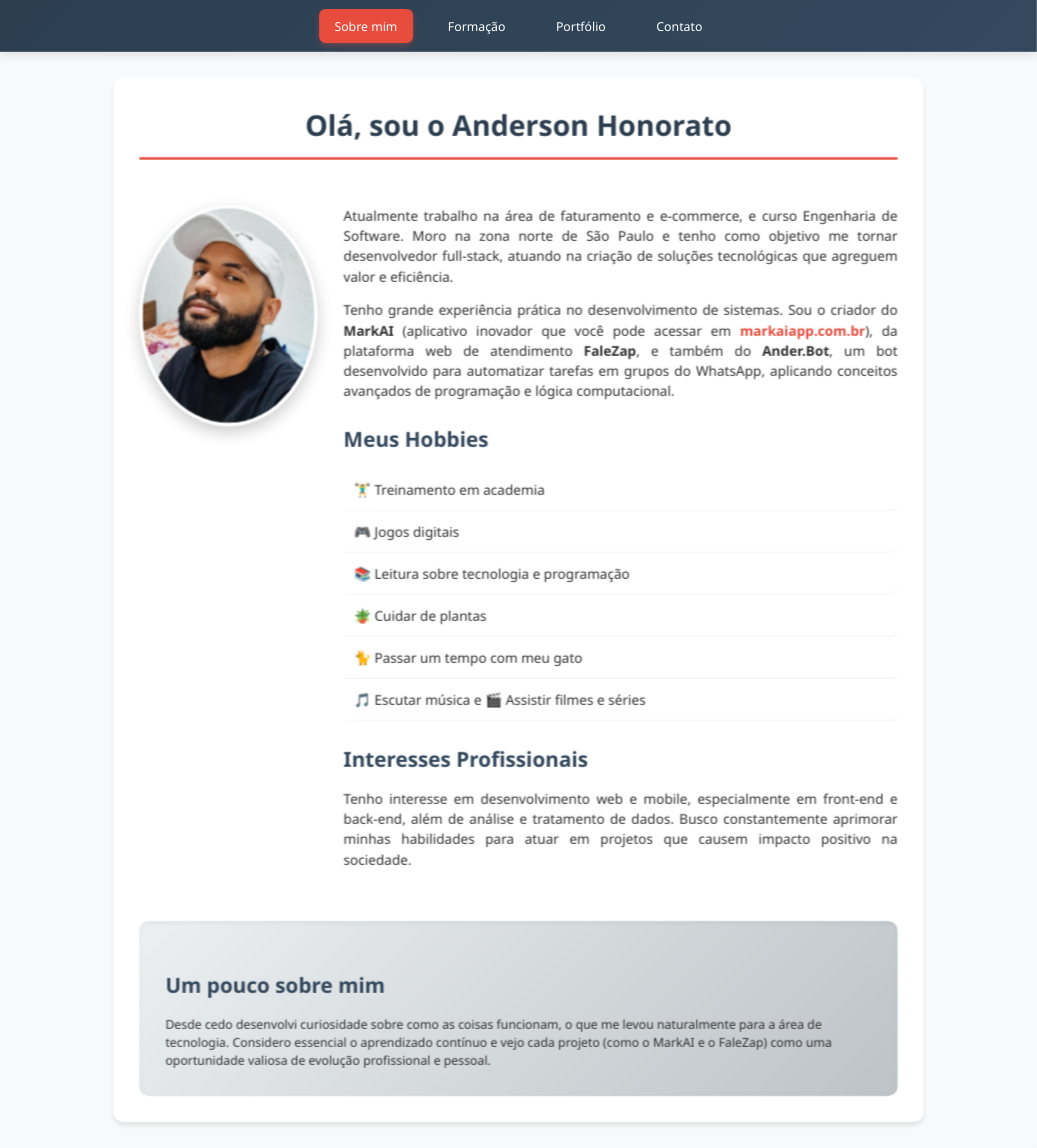
Repository: AnderHonorato/meu-portfolio
Page: index.html
These files come from the project's save history. The page is drawn as it stood at one moment and after the next save; the edit follows.
The browser window is 1280 px wide. The pictures show the whole page, at 81% of full size.

Above is the page before, as saved 2026-02-24 20:11:56.

### index.html
<!DOCTYPE html>
<html lang="pt-br">
<head>
    <meta charset="UTF-8">
    <meta name="viewport" content="width=device-width, initial-scale=1.0">
    <title>Anderson Honorato - Portfólio</title>
    <link rel="stylesheet" href="css/style.css">
</head>
<body>
    <nav class="menu">
        <ul>
            <li><a href="index.html" class="ativo">Sobre mim</a></li>
            <li><a href="formacao.html">Formação</a></li>
            <li><a href="portfolio.html">Portfólio</a></li>
            <li><a href="contato.html">Contato</a></li>
        </ul>
    </nav>

<main class="conteudo">
    <h1>Olá, sou o Anderson Honorato</h1>

    <div class="sobre-container">
        <div class="foto-perfil">
            <img src="img/foto-perfil.png" alt="Foto de Anderson Honorato" class="minha-foto">
        </div>

        <div class="texto-sobre">
            <p>Atualmente trabalho na área de faturamento e e-commerce, e curso Engenharia de Software. Moro na zona norte de São Paulo e tenho como objetivo me tornar desenvolvedor full-stack, atuando na criação de soluções tecnológicas que agreguem valor e eficiência.</p>

            <p>Tenho grande experiência prática no desenvolvimento de sistemas. Sou o criador do <strong>MarkAI</strong> (aplicativo inovador que você pode acessar em <a href="https://markaiapp.com.br" target="_blank" style="color: #e74c3c; text-decoration: none; font-weight: bold;">markaiapp.com.br</a>), da plataforma web de atendimento <strong>FaleZap</strong>, e também do <strong>Ander.Bot</strong>, um bot desenvolvido para automatizar tarefas em grupos do WhatsApp, aplicando conceitos avançados de programação e lógica computacional.</p>

            <h2>Meus Hobbies</h2>
            <ul class="lista-hobbies">
                <li>🏋️‍♂️ Treinamento em academia
                    <div class="hobby-detalhe">Foco em manter a saúde, energia e disciplina física.</div>
                </li>
                <li>🎮 Jogos digitais
                    <div class="hobby-detalhe">Adoro jogos com boa história, já joguei e zerei todos da Lara Croft!</div>
                </li>
                <li>📚 Leitura sobre tecnologia e programação
                    <div class="hobby-detalhe">Sou uma pessoa mais noturna, então é durante a noite que costumo render muito mais nos estudos e nos códigos.</div>
                </li>
                <li>🪴 Cuidar de plantas
                    <div class="hobby-detalhe">Tenho algumas plantas em casa, cuidando com dedicação da minha Aralia Ming e da minha orquídea.</div>
                </li>
                <li>🐈 Passar um tempo com meu gato
                    <div class="hobby-detalhe">O nome dele é Cookie, ele é macho e um grande companheiro do meu dia a dia.</div>
                </li>
                <li>🎵 Escutar música e 🎬 Assistir filmes e séries
                    <div class="hobby-detalhe">A forma perfeita para relaxar a mente após algumas horas programando.</div>
                </li>
            </ul>

            <h2>Interesses Profissionais</h2>
            <p>Tenho interesse em desenvolvimento web e mobile, especialmente em front-end e back-end, além de análise e tratamento de dados. Busco constantemente aprimorar minhas habilidades para atuar em projetos que causem impacto positivo na sociedade.</p>
        </div>
    </div>

    <div class="info-adicional">
        <h2>Um pouco sobre mim</h2>
        <p>Desde cedo desenvolvi curiosidade sobre como as coisas funcionam, o que me levou naturalmente para a área de tecnologia. Considero essencial o aprendizado contínuo e vejo cada projeto (como o MarkAI e o FaleZap) como uma oportunidade valiosa de evolução profissional e pessoal.</p>
    </div>
</main>

</body>
</html>

### css/style.css
/* =========================================
   DEFINIÇÃO DE ANIMAÇÕES (NOVAS)
========================================= */
/* Entrada suave de baixo para cima */
@keyframes fadeUp {
    from {
        opacity: 0;
        transform: translateY(30px);
    }
    to {
        opacity: 1;
        transform: translateY(0);
    }
}

/* Foto flutuando suavemente */
@keyframes float {
    0% { transform: translateY(0px); }
    50% { transform: translateY(-8px); }
    100% { transform: translateY(0px); }
}

/* Efeito de brilho passando nos destaques */
@keyframes shimmer {
    0% { background-position: -200% center; }
    100% { background-position: 200% center; }
}

/* Barra de progresso enchendo */
@keyframes fillProgress {
    from { width: 0; }
}

/* =========================================
   RESET E VISUAL ORIGINAL (MANTIDO)
========================================= */
* {
    margin: 0;
    padding: 0;
    box-sizing: border-box;
}

/* Configurações do corpo da página */
body {
    font-family: 'Segoe UI', Tahoma, Geneva, Verdana, sans-serif;
    line-height: 1.5;
    color: #333;
    background-color: #f8f9fa;
    font-size: 0.95rem;
    overflow-x: hidden; /* Evita rolagem lateral nas animações */
}

/* Transição global suave para todos os elementos interativos */
a, button, li, .projeto-item, .item-formacao, input, textarea, select {
    transition: all 0.3s cubic-bezier(0.25, 0.8, 0.25, 1);
}

/* Menu de navegação - SEMPRE VISÍVEL */
.menu {
    background: linear-gradient(135deg, #2c3e50, #34495e);
    padding: 0.7rem 0;
    position: sticky;
    top: 0;
    z-index: 1000;
    box-shadow: 0 4px 12px rgba(0,0,0,0.1); /* Sombra mais suave */
}

.menu ul {
    list-style: none;
    display: flex;
    justify-content: center;
    gap: 1.5rem;
    max-width: 1200px;
    margin: 0 auto;
    padding: 0 1rem;
}

.menu a {
    color: white;
    text-decoration: none;
    padding: 0.6rem 1.2rem;
    border-radius: 8px;
    display: block;
    font-weight: 500;
    font-size: 0.95rem;
    position: relative;
    overflow: hidden;
}

/* Efeito de hover no menu mais fluido */
.menu a::before {
    content: '';
    position: absolute;
    top: 0; left: 0; width: 100%; height: 100%;
    background-color: rgba(255, 255, 255, 0.1);
    transform: translateY(100%);
    transition: transform 0.3s ease;
    z-index: -1;
}

.menu a:hover::before {
    transform: translateY(0);
}

.menu a.ativo {
    background-color: #e74c3c;
    box-shadow: 0 4px 8px rgba(231, 76, 60, 0.3);
}

/* Conteúdo principal com Animação de Entrada */
.conteudo {
    max-width: 1000px;
    margin: 2rem auto;
    padding: 2rem;
    background-color: white;
    border-radius: 12px;
    box-shadow: 0 4px 6px rgba(0,0,0,0.1);
    /* Aplica a animação de entrada */
    animation: fadeUp 0.8s ease-out forwards;
}

.conteudo h1 {
    color: #2c3e50;
    margin-bottom: 1.5rem;
    text-align: center;
    font-size: 2.2rem;
    border-bottom: 3px solid #e74c3c;
    padding-bottom: 0.8rem;
    display: inline-block; /* Para o sublinhado ficar do tamanho do texto */
    width: 100%;
}

.conteudo h2 {
    color: #34495e;
    margin: 1.8rem 0 1rem 0;
    font-size: 1.6rem;
}

/* === ESTILOS PÁGINA SOBRE MIM === */
.sobre-container {
    display: grid;
    grid-template-columns: 220px 1fr;
    gap: 2rem;
    margin-top: 2rem;
    align-items: start;
}

.foto-perfil {
    text-align: center;
}

.minha-foto {
    width: 100%;
    max-width: 220px;
    border-radius: 50%;
    object-fit: cover;
    box-shadow: 0 8px 20px rgba(0,0,0,0.2);
    border: 4px solid white;
    /* Aplica a animação de flutuação */
    animation: float 5s ease-in-out infinite;
}

.texto-sobre {
    flex: 1;
}

.texto-sobre p {
    margin-bottom: 1rem;
    text-align: justify;
    font-size: 1.05rem;
}

.lista-hobbies {
    list-style: none;
    margin: 1rem 0;
}

.lista-hobbies li {
    padding: 0.8rem;
    font-size: 1.05rem;
    border-bottom: 1px solid #eee;
    border-left: 0px solid #e74c3c;
    cursor: default;
    background: transparent;
    border-radius: 0 8px 8px 0;
}

/* Hover nos hobbies mais fluido */
.lista-hobbies li:hover {
    background-color: #fff5f5; /* Um vermelho muito clarinho */
    padding-left: 1.2rem;
    border-left: 5px solid #e74c3c;
    transform: translateX(5px);
}

/* Hobbies expansíveis com FLUIDEZ (max-height + opacity) */
.hobby-detalhe {
    max-height: 0;
    opacity: 0;
    overflow: hidden;
    font-size: 0.9rem;
    color: #666;
    margin-top: 0;
    padding-left: 1rem;
    /* Transição suave para abrir e fechar */
    transition: all 0.4s cubic-bezier(0.25, 0.8, 0.25, 1);
}

.lista-hobbies li:hover .hobby-detalhe {
    max-height: 100px; /* Altura suficiente para o texto */
    opacity: 1;
    margin-top: 0.5rem;
}

.info-adicional {
    margin-top: 3rem;
    padding: 2rem;
    background: linear-gradient(135deg, #ecf0f1, #bdc3c7);
    border-radius: 12px;
    box-shadow: inset 0 2px 5px rgba(0,0,0,0.05);
}

/* === ESTILOS PÁGINA FORMAÇÃO === */
.formacao-secao {
    margin-bottom: 2.5rem;
}

.item-formacao {
    background: linear-gradient(135deg, #f8f9fa, #e9ecef);
    padding: 1.5rem;
    border-radius: 12px;
    margin-bottom: 1.2rem;
    border-left: 5px solid #e74c3c;
    box-shadow: 0 2px 5px rgba(0,0,0,0.05);
}

/* Levante suave no hover */
.item-formacao:hover {
    transform: translateY(-5px);
    box-shadow: 0 12px 24px rgba(0,0,0,0.12);
}

.item-formacao h3 {
    color: #2c3e50;
    margin-bottom: 0.8rem;
    font-size: 1.3rem;
}

.item-formacao p {
    margin-bottom: 0.4rem;
    font-size: 1rem;
}

.lista-idiomas li {
    padding: 1rem 0;
    border-bottom: 1px solid #ddd;
}

.barra-progresso {
    width: 100%;
    height: 10px;
    background-color: #e9ecef;
    border-radius: 5px;
    overflow: hidden;
    margin: 0.5rem 0;
    box-shadow: inset 0 1px 3px rgba(0,0,0,0.1);
}

.progresso {
    height: 100%;
    background: linear-gradient(90deg, #e74c3c, #c0392b);
    border-radius: 5px;
    /* Animação da barra enchendo */
    animation: fillProgress 1.5s ease-out forwards;
}

.proximos-estudos li {
    background-color: #fff3cd;
    padding: 1rem;
    border-radius: 8px;
    border-left: 4px solid #ffc107;
    font-weight: 500;
    box-shadow: 0 2px 5px rgba(0,0,0,0.05);
}

.proximos-estudos li:hover {
    transform: translateY(-3px);
}

/* === ESTILOS PÁGINA PORTFÓLIO === */
.intro-portfolio {
    text-align: center;
    font-size: 1.1rem;
    margin-bottom: 2rem;
    padding: 1.2rem;
    background-color: #f8f9fa;
    border-radius: 8px;
    border-left: 4px solid #e74c3c;
}

.projetos-grid {
    display: grid;
    grid-template-columns: repeat(auto-fit, minmax(320px, 1fr));
    gap: 2rem;
    margin-bottom: 3rem;
}

.projeto-item {
    background: linear-gradient(135deg, #ffffff, #f8f9fa);
    padding: 1.8rem;
    border-radius: 12px;
    box-shadow: 0 4px 10px rgba(0,0,0,0.08);
    border-top: 4px solid #e74c3c;
    display: flex;
    flex-direction: column;
}

/* Hover nos cards de projeto mais macio */
.projeto-item:hover {
    transform: translateY(-8px);
    box-shadow: 0 15px 30px rgba(0,0,0,0.15);
}

.projeto-item.destaque {
    background: linear-gradient(135deg, #f0f9ff, #e6f7ff);
    border-left: 6px solid #3498db;
    border-top: none;
    box-shadow: 0 6px 15px rgba(52, 152, 219, 0.2);
    position: relative;
    overflow: hidden;
}

/* Adiciona o efeito de brilho (shimmer) nos destaques */
.projeto-item.destaque::before {
    content: '';
    position: absolute;
    top: 0; left: -100%; width: 200%; height: 100%;
    background: linear-gradient(to right, transparent 0%, rgba(255,255,255,0.6) 50%, transparent 100%);
    animation: shimmer 3s infinite linear; /* Animação contínua */
    pointer-events: none;
}

.projeto-item h3 {
    color: #2c3e50;
    margin-bottom: 1rem;
    font-size: 1.4rem;
}

.tag {
    display: inline-block;
    background: linear-gradient(135deg, #e74c3c, #c0392b);
    color: white;
    padding: 0.3rem 0.8rem;
    border-radius: 20px;
    font-size: 0.85rem;
    margin-right: 0.5rem;
    margin-bottom: 0.5rem;
    font-weight: 500;
    box-shadow: 0 2px 5px rgba(0,0,0,0.1);
}

.projeto-item.destaque .tag {
    background: linear-gradient(135deg, #3498db, #2980b9);
}

.btn-projeto {
    display: inline-block;
    background: linear-gradient(135deg, #3498db, #2980b9);
    color: white;
    padding: 0.8rem 1.5rem;
    text-decoration: none;
    border-radius: 8px;
    font-weight: 600;
    text-align: center;
    margin-top: auto; /* Empurra o botão para o final do card */
    box-shadow: 0 4px 6px rgba(52, 152, 219, 0.3);
}

.btn-projeto:hover {
    transform: translateY(-3px);
    box-shadow: 0 8px 15px rgba(52, 152, 219, 0.4);
}

.habilidade-item {
    background-color: white;
    padding: 1.2rem;
    border-radius: 8px;
    box-shadow: 0 2px 6px rgba(0,0,0,0.1);
}

.habilidade-item:hover {
    transform: translateY(-3px);
    box-shadow: 0 8px 15px rgba(0,0,0,0.1);
}

.progresso-habilidade {
    height: 100%;
    background: linear-gradient(90deg, #27ae60, #2ecc71);
    border-radius: 5px;
    animation: fillProgress 1.5s ease-out forwards;
}

/* === ESTILOS PÁGINA CONTATO === */
.campo input:focus,
.campo textarea:focus,
.campo select:focus {
    outline: none;
    border-color: #e74c3c;
    box-shadow: 0 0 0 4px rgba(231, 76, 60, 0.15); /* Foco mais bonito */
    background-color: #fff;
}

.btn-enviar {
    background: linear-gradient(135deg, #e74c3c, #c0392b);
    color: white;
    padding: 1rem;
    border: none;
    border-radius: 8px;
    cursor: pointer;
    font-size: 1.1rem;
    font-weight: 600;
    box-shadow: 0 4px 6px rgba(231, 76, 60, 0.3);
}

.btn-enviar:hover {
    transform: translateY(-3px);
    box-shadow: 0 8px 15px rgba(231, 76, 60, 0.4);
}

.contato-item {
    margin-bottom: 1.5rem;
    padding: 1.2rem;
    background-color: #f8f9fa;
    border-radius: 8px;
    border-left: 4px solid #3498db;
    box-shadow: 0 2px 5px rgba(0,0,0,0.05);
}

.contato-item:hover {
    transform: translateX(5px);
    background-color: white;
}

/* === RESPONSIVIDADE (Mantida) === */
@media (max-width: 768px) {
    .menu ul { flex-wrap: wrap; gap: 0.8rem; padding: 1rem; }
    .conteudo { margin: 1.5rem; padding: 1.5rem; }
    .conteudo h1 { font-size: 1.8rem; }
    .sobre-container { grid-template-columns: 1fr; text-align: center; gap: 1.5rem; }
    .minha-foto { max-width: 180px; margin: 0 auto; }
    .lista-hobbies li { text-align: left; }
    .contato-container { grid-template-columns: 1fr; }
    .projetos-grid { grid-template-columns: 1fr; }
}

After the next save:
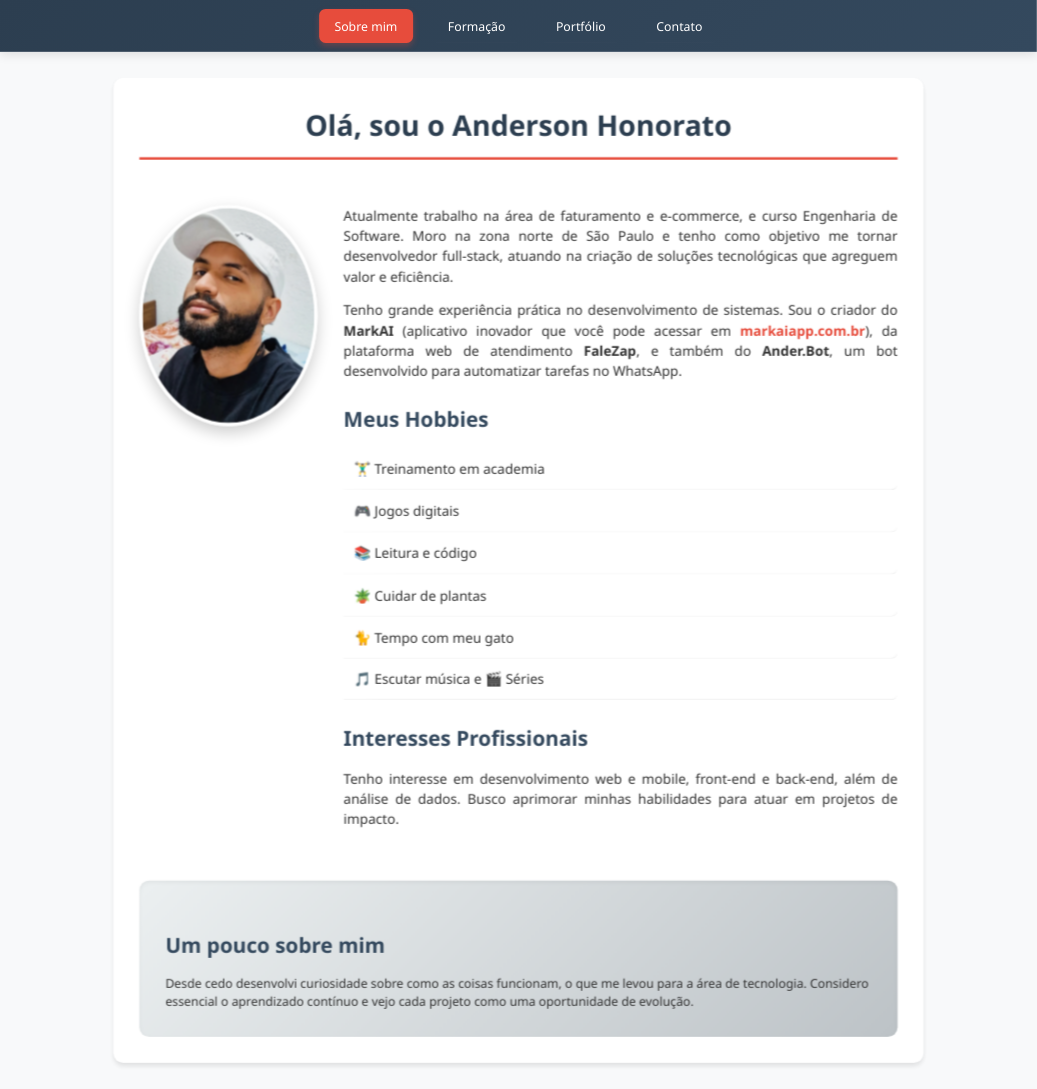
Saved 58 s later.
--- a/index.html
+++ b/index.html
@@ -27,7 +27,7 @@
         <div class="texto-sobre">
             <p>Atualmente trabalho na área de faturamento e e-commerce, e curso Engenharia de Software. Moro na zona norte de São Paulo e tenho como objetivo me tornar desenvolvedor full-stack, atuando na criação de soluções tecnológicas que agreguem valor e eficiência.</p>
 
-            <p>Tenho grande experiência prática no desenvolvimento de sistemas. Sou o criador do <strong>MarkAI</strong> (aplicativo inovador que você pode acessar em <a href="https://markaiapp.com.br" target="_blank" style="color: #e74c3c; text-decoration: none; font-weight: bold;">markaiapp.com.br</a>), da plataforma web de atendimento <strong>FaleZap</strong>, e também do <strong>Ander.Bot</strong>, um bot desenvolvido para automatizar tarefas em grupos do WhatsApp, aplicando conceitos avançados de programação e lógica computacional.</p>
+            <p>Tenho grande experiência prática no desenvolvimento de sistemas. Sou o criador do <strong>MarkAI</strong> (aplicativo inovador que você pode acessar em <a href="https://markaiapp.com.br" target="_blank" style="color: #e74c3c; text-decoration: none; font-weight: bold;">markaiapp.com.br</a>), da plataforma web de atendimento <strong>FaleZap</strong>, e também do <strong>Ander.Bot</strong>, um bot desenvolvido para automatizar tarefas no WhatsApp.</p>
 
             <h2>Meus Hobbies</h2>
             <ul class="lista-hobbies">
@@ -35,30 +35,30 @@
                     <div class="hobby-detalhe">Foco em manter a saúde, energia e disciplina física.</div>
                 </li>
                 <li>🎮 Jogos digitais
-                    <div class="hobby-detalhe">Adoro jogos com boa história, já joguei e zerei todos da Lara Croft!</div>
+                    <div class="hobby-detalhe">Adoro jogos com boa história, já zerei todos da Lara Croft!</div>
                 </li>
-                <li>📚 Leitura sobre tecnologia e programação
-                    <div class="hobby-detalhe">Sou uma pessoa mais noturna, então é durante a noite que costumo render muito mais nos estudos e nos códigos.</div>
+                <li>📚 Leitura e código
+                    <div class="hobby-detalhe">Sou mais noturno, então é o horário que costumo render mais nos estudos.</div>
                 </li>
                 <li>🪴 Cuidar de plantas
-                    <div class="hobby-detalhe">Tenho algumas plantas em casa, cuidando com dedicação da minha Aralia Ming e da minha orquídea.</div>
+                    <div class="hobby-detalhe">Tenho algumas em casa, como uma Aralia Ming e uma orquídea.</div>
                 </li>
-                <li>🐈 Passar um tempo com meu gato
-                    <div class="hobby-detalhe">O nome dele é Cookie, ele é macho e um grande companheiro do meu dia a dia.</div>
+                <li>🐈 Tempo com meu gato
+                    <div class="hobby-detalhe">O nome dele é Cookie, ele é macho e um grande companheiro.</div>
                 </li>
-                <li>🎵 Escutar música e 🎬 Assistir filmes e séries
-                    <div class="hobby-detalhe">A forma perfeita para relaxar a mente após algumas horas programando.</div>
+                <li>🎵 Escutar música e 🎬 Séries
+                    <div class="hobby-detalhe">Perfeito para relaxar após algumas horas programando.</div>
                 </li>
             </ul>
 
             <h2>Interesses Profissionais</h2>
-            <p>Tenho interesse em desenvolvimento web e mobile, especialmente em front-end e back-end, além de análise e tratamento de dados. Busco constantemente aprimorar minhas habilidades para atuar em projetos que causem impacto positivo na sociedade.</p>
+            <p>Tenho interesse em desenvolvimento web e mobile, front-end e back-end, além de análise de dados. Busco aprimorar minhas habilidades para atuar em projetos de impacto.</p>
         </div>
     </div>
 
     <div class="info-adicional">
         <h2>Um pouco sobre mim</h2>
-        <p>Desde cedo desenvolvi curiosidade sobre como as coisas funcionam, o que me levou naturalmente para a área de tecnologia. Considero essencial o aprendizado contínuo e vejo cada projeto (como o MarkAI e o FaleZap) como uma oportunidade valiosa de evolução profissional e pessoal.</p>
+        <p>Desde cedo desenvolvi curiosidade sobre como as coisas funcionam, o que me levou para a área de tecnologia. Considero essencial o aprendizado contínuo e vejo cada projeto como uma oportunidade de evolução.</p>
     </div>
 </main>
 
